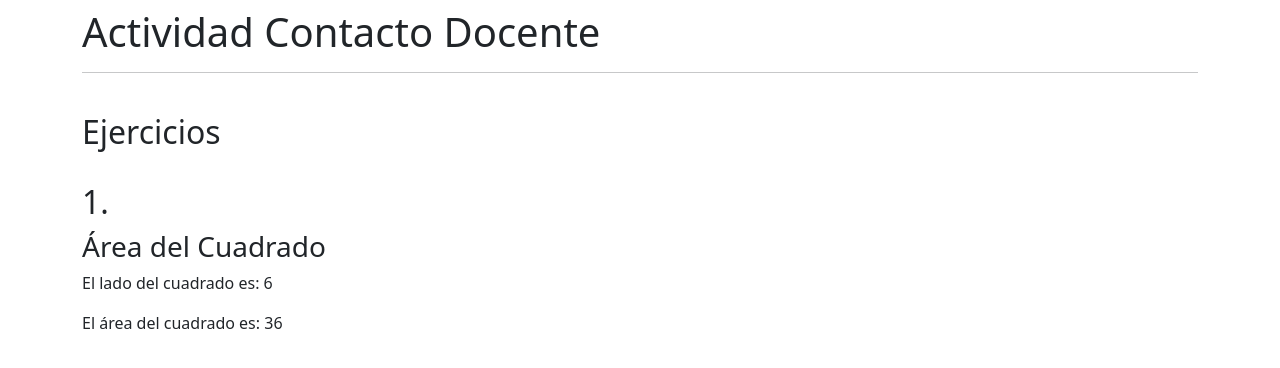
Repository: Jchimbo99/Actvidad1
Page: / (app in typescript-actividad/)
These files come from the project's save history. The page is drawn as it stood at one moment and after the next save; the edit follows.
The browser window is 1280 px wide. The pictures show the whole page.
The project was rebuilt for these pictures with package versions that can differ from the ones it lists, and the page was loaded fresh each time. Also part of the build but not shown: typescript-actividad/vite.config.ts.

Above is the page before, as saved 2025-01-22 20:32:01.

After the next save:
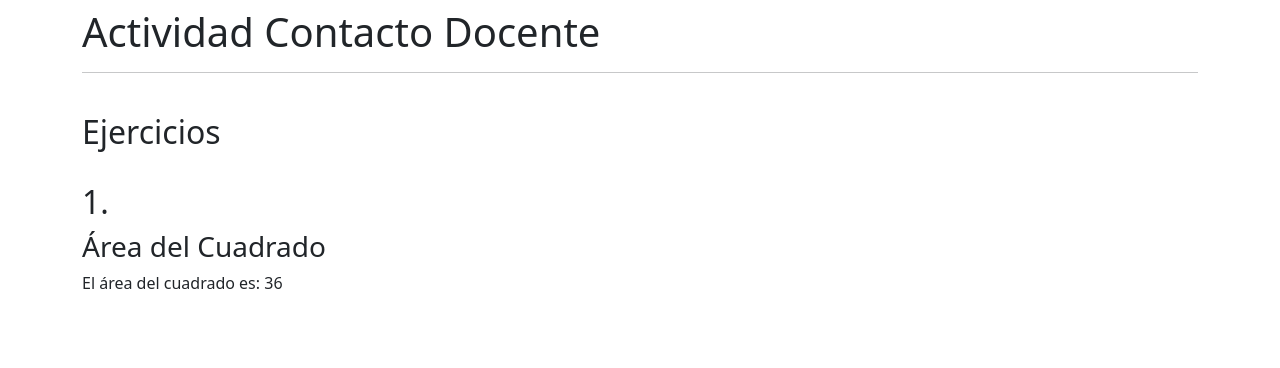
Saved 74 s later.
--- a/typescript-actividad/src/typescript/AreaCuadrado.tsx
+++ b/typescript-actividad/src/typescript/AreaCuadrado.tsx
@@ -1,17 +1,10 @@
-
-
 export const AreaCuadrado = () => {
     const lado = 6; // Puedes cambiar este número manualmente
-    const calcularAreaCuadrado = (lado: number): number => {
-        return lado * lado;
-    }
-
-    const area = calcularAreaCuadrado(lado);
+    const area = lado * lado;
 
     return (
         <div>
             <h3>Área del Cuadrado</h3>
-            <p>El lado del cuadrado es: {lado}</p>
             <p>El área del cuadrado es: {area}</p>
         </div>
     );
